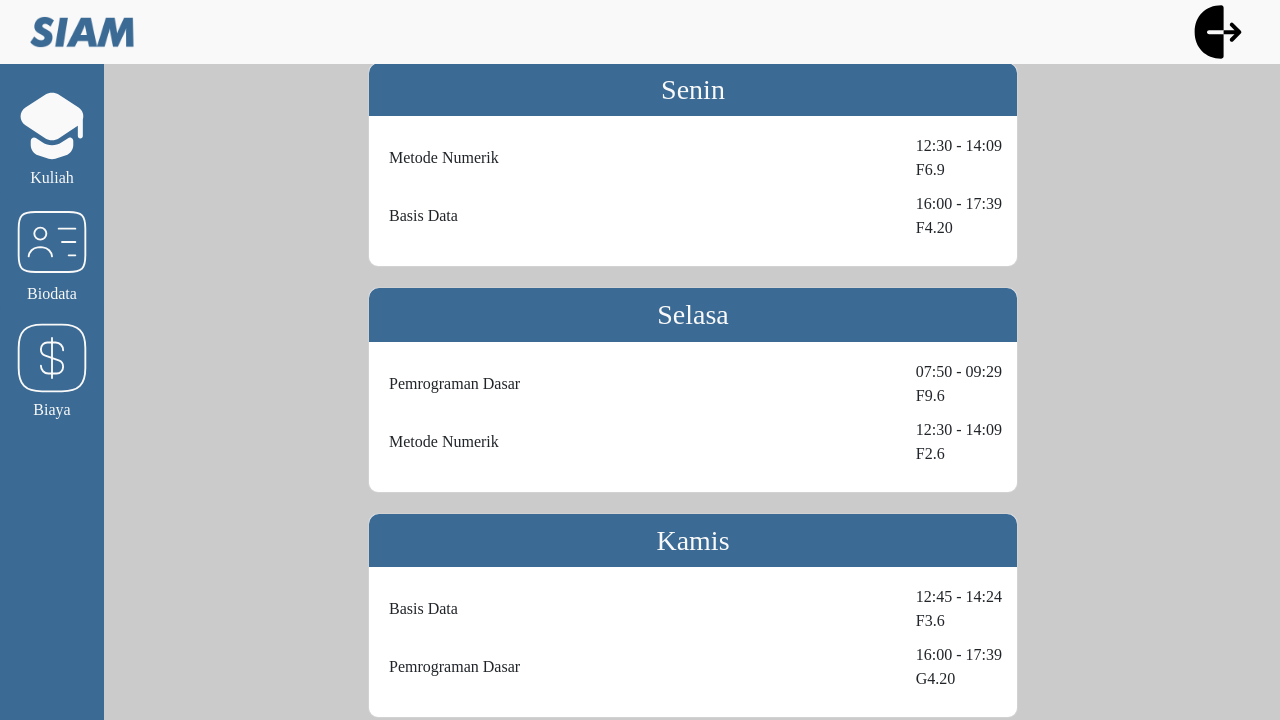
Repository: haikalirf/Project-IMK
Page: jadwal.html
These files come from the project's save history. The page is drawn as it stood at one moment and after the next save; the edit follows.
The browser window is 1280 px wide. The pictures show the whole page.
Some web fonts or font styles are not loaded; a fallback is used.

Above is the page before, as saved 2022-12-15 21:11:50.
Not found: scripts/.js

### jadwal.html
<!DOCTYPE html>
<html lang="en">
<head>
	<meta charset="UTF-8">
	<meta http-equiv="X-UA-Compatible" content="IE=edge">
	<meta name="viewport" content="width=device-width, initial-scale=1.0">
	<title>SIAM</title>
	<link rel="icon" href="/assets/logo_ub.ico">
	<link rel="stylesheet" href="https://cdn.jsdelivr.net/npm/bootstrap@5.2.3/dist/css/bootstrap.min.css" integrity="sha384-rbsA2VBKQhggwzxH7pPCaAqO46MgnOM80zW1RWuH61DGLwZJEdK2Kadq2F9CUG65" crossorigin="anonymous">
	<link rel="stylesheet" href="/styles/jadwal.css">
</head>
<body>
	<nav class="navbar" id="navbar">
		<div class="navbar-left">
			<a class="navbar-brand" href="/kuliah.html">
				<img class="navbar-image" src="/assets/SIAM.png" alt="SIAM">
			</a>
		</div>
		<a class="navbar-link" href="landing.html">
			<img id="navbar-image" src="/assets/Logout.svg" alt="Logout">
		</a>
	</nav>
	<div class="mh-100" id="sidebar">
		<a class="btn" href="kuliah.html">
			<img id="sidebar-kuliah" src="/assets/Kuliah Logo.svg" alt="Kuliah">
			<label for="sidebar-kuliah">Kuliah</label>
		</a>
		<a class="btn" href="">
			<img id="sidebar-biodata" src="/assets/Biodata Logo Kosong.svg" alt="Biodata">
			<label for="sidebar-biodata">Biodata</label>
		</a>
		<a class="btn" href="">
			<img id="sidebar-biaya" src="/assets/Biaya Logo Kosong.svg" alt="Biaya">
			<label for="sidebar-biaya">Biaya</label>
		</a>
	</div>
	<main>
		<div class="card">
			<h3>Senin</h3>
			<ul class="list-group-flush">
				<li class="list-group-item">
					<p>Metode Numerik</p>
					<div>
						<p>12:30 - 14:09</p>
						<p>F6.9</p>
					</div>
				</li>
				<li class="list-group-item">
					<p>Basis Data</p>
					<div>
						<p>16:00 - 17:39</p>
						<p>F4.20</p>
					</div>
				</li>
			</ul>
		</div>
		<div class="card">
			<h3>Selasa</h3>
			<ul class="list-group-flush">
				<li class="list-group-item">
					<p>Pemrograman Dasar</p>
					<div>
						<p>07:50 - 09:29</p>
						<p>F9.6</p>
					</div>
				</li>
				<li class="list-group-item">
					<p>Metode Numerik</p>
					<div>
						<p>12:30 - 14:09</p>
						<p>F2.6</p>
					</div>
				</li>
			</ul>
		</div>
		<div class="card">
			<h3>Kamis</h3>
			<ul class="list-group-flush">
				<li class="list-group-item">
					<p>Basis Data</p>
					<div>
						<p>12:45 - 14:24</p>
						<p>F3.6</p>
					</div>
				</li>
				<li class="list-group-item">
					<p>Pemrograman Dasar</p>
					<div>
						<p>16:00 - 17:39</p>
						<p>G4.20</p>
					</div>
				</li>
			</ul>
		</div>
	</main>
	<script src="https://cdn.jsdelivr.net/npm/bootstrap@5.2.3/dist/js/bootstrap.bundle.min.js" integrity="sha384-kenU1KFdBIe4zVF0s0G1M5b4hcpxyD9F7jL+jjXkk+Q2h455rYXK/7HAuoJl+0I4" crossorigin="anonymous"></script>
	<script src="/scripts/.js"></script>
</body>
</html>

### styles/jadwal.css
/* CSS Reset */
/*
	Josh's Custom CSS Reset
	https://www.joshwcomeau.com/css/custom-css-reset/
*/
*, *::before, *::after {
	box-sizing: border-box;
}
  * {
	margin: 0;
}
html, body {
	height: 100%;
}
body {
	line-height: 1.5;
	-webkit-font-smoothing: antialiased;
}
img, picture, video, canvas, svg {
	display: block;
	max-width: 100%;
}
input, button, textarea, select {
	font: inherit;
}
p, h1, h2, h3, h4, h5, h6 {
	overflow-wrap: break-word;
}
#root, #__next {
	isolation: isolate;
}
/* CSS Reset ends */

body {
	background-color: #cbcbcb;
	font-family: 'readex';
	font-size: 16px;
}

@font-face {
	font-family: 'readex';
	src:url('/assets/fonts/ReadexPro-Medium.ttf');
}

#navbar {
	display: flex;
	justify-content: space-between;
	position: fixed;
	background-color: #f9f9f9;
	z-index: 1;
	width: 100%;
	padding: 0px 30px;
}

.navbar-left {
	display: flex;
	align-items: center;
}

.navbar-image {
	height: 50px;
}

.navbar-extra {
	padding-bottom: 5px;
	margin-left: 15px;
}

main {
	padding-top: 60px;
	padding-left: 106px;
	display: flex;
	flex-direction: column;
	justify-content: center;
	align-items: center;
	height: 100vh;
	gap: 20px;
}

#sidebar {
	background-color: #3b6a94;
	display: flex;
	flex-direction: column;
	flex: 1;
	position: fixed;
	height: 100vh;
	padding-top: 80px;
}

#sidebar a:hover {
	background-color: #266093;
}

#sidebar img {
	width: 80px;
	height: 80px;
}

a img, a label {
	color: #f9f9f9;
}

.btn {
	background-color: #3b6a94;
	border: none;
}

.btn:hover {
	background-color: #266093;
}

.list-group-flush {
	padding-left: 0px;
}

.card {
	width: 650px;
	height: fit-content;
	min-height: 200px;
	border-radius: 10px;
}

.card h3 {
	background-color: #3b6a94;
	color: #f9f9f9;
	border-radius: 10px 10px 0px 0px;
	padding: 10px;
	text-align: center;
}

.list-group-flush {
	padding: 0px 15px;
}

.list-group-item{
	display: flex;
	justify-content: space-between;
	align-items: center;
	margin: 10px 0px;
}

.list-group-item p {
	margin: 0px;
	vertical-align: middle;
	padding-left: 5px;
}

/* @media (max-width: 620px) {
	.card {
		width: 90%;
	}
} */

After the next save:
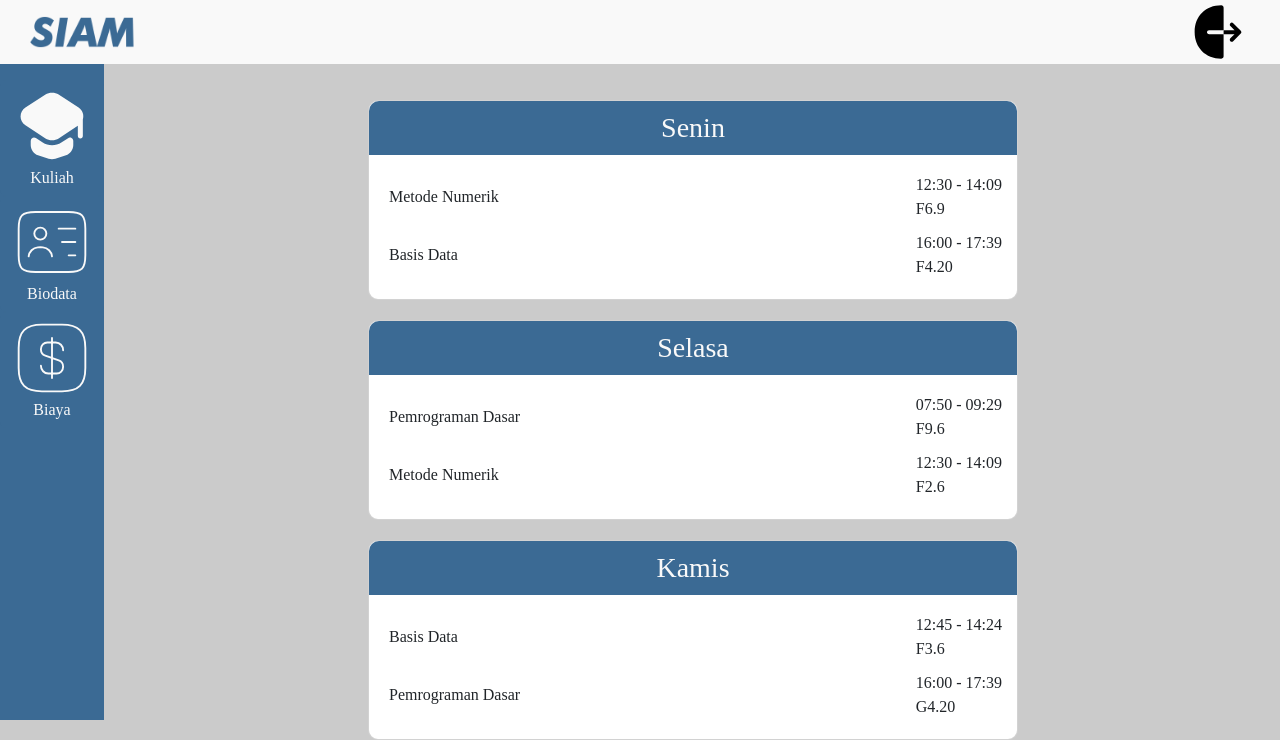
Saved 70 s later.
--- a/styles/jadwal.css
+++ b/styles/jadwal.css
@@ -67,11 +67,10 @@ body {
 }
 
 main {
-	padding-top: 60px;
+	padding-top: 100px;
 	padding-left: 106px;
 	display: flex;
 	flex-direction: column;
-	justify-content: center;
 	align-items: center;
 	height: 100vh;
 	gap: 20px;
